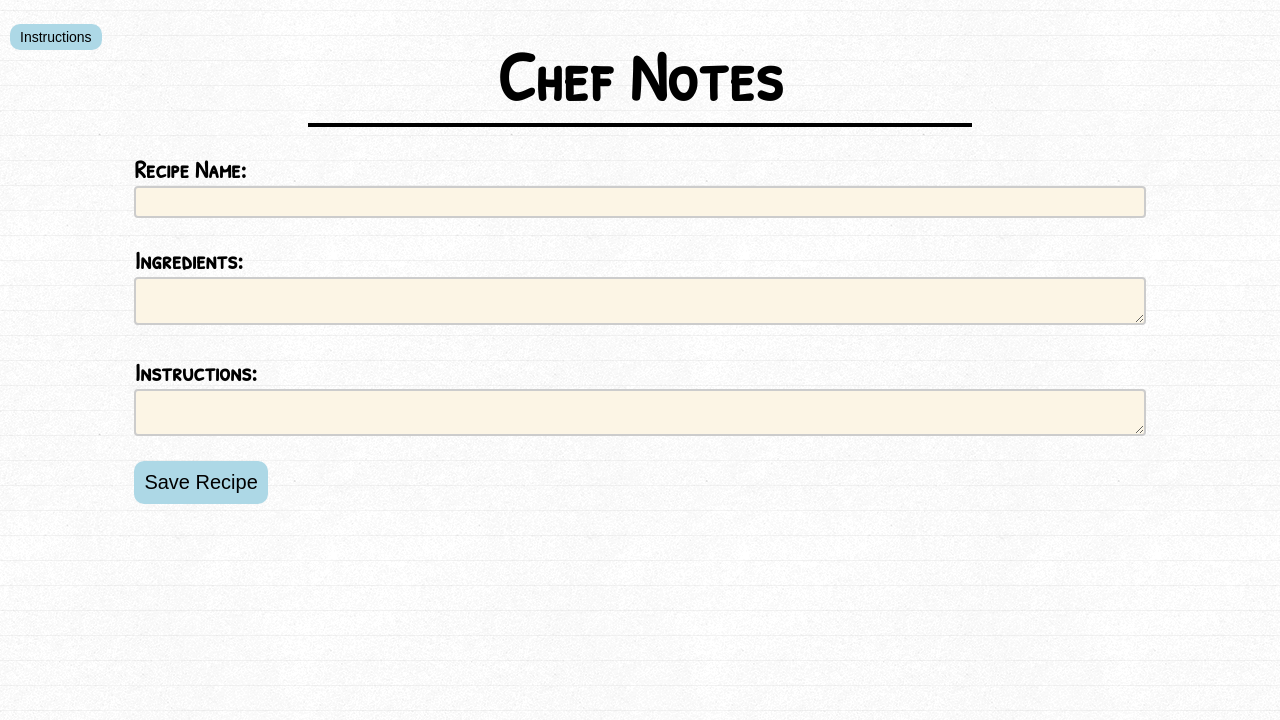
Repository: Chadloswald/RecipeSite
Page: docs/index.html
The author's editor kept a copy of each file at every save. The page is drawn from the files as they stood at one save, then again after the next save.
The browser window is 1280 px wide. The pictures show the whole page.

Above is the page before, as saved 2023-06-05 10:29:25.

After the next save:
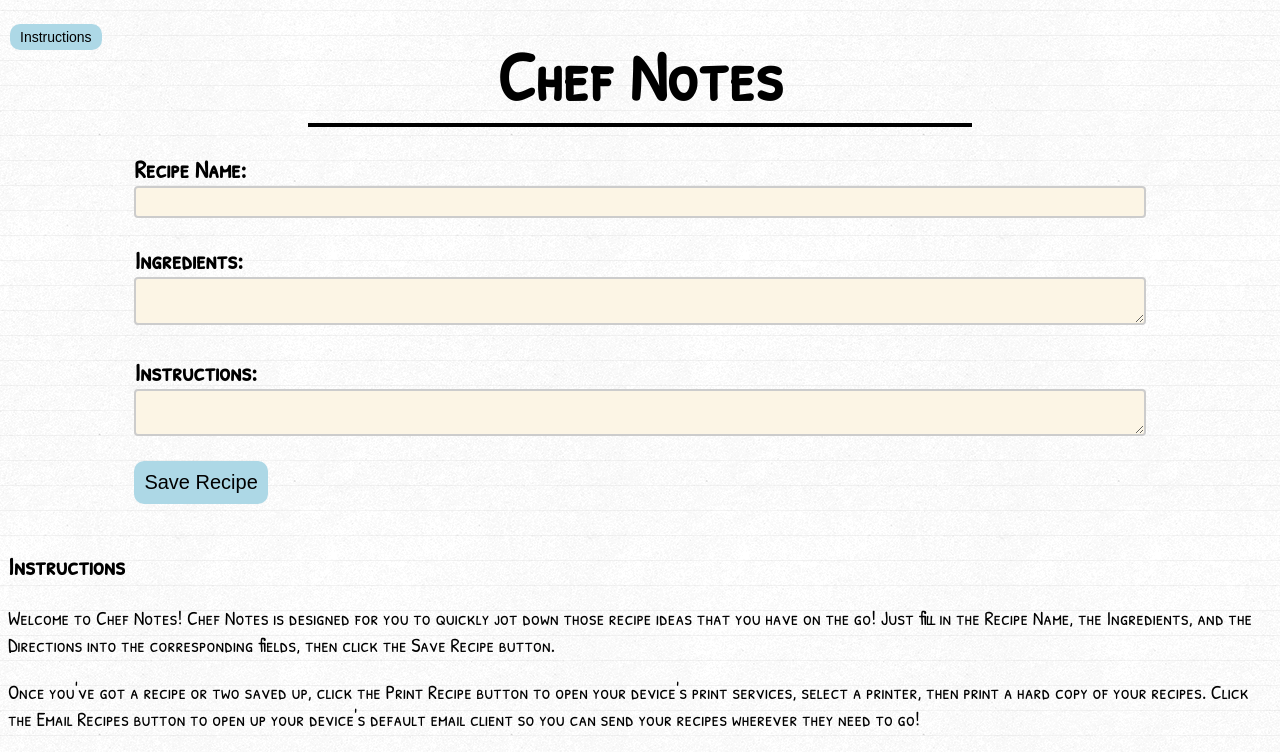
Saved 38 min 1 s later.
--- a/docs/index.html
+++ b/docs/index.html
@@ -32,6 +32,17 @@
       <div class="recipe-line"></div>
     <div id="list"></div>
     </div>
+    <div id="modal" class="modal-container">
+      <div class="modal-content">
+        <h2>Instructions</h2>
+        <p>
+          Welcome to Chef Notes! Chef Notes is designed for you to quickly jot down those recipe ideas that you have on the go! Just fill in the Recipe Name, the Ingredients, and the Directions into the corresponding fields, then click the Save Recipe button.
+        </p>
+        <p>
+          Once you've got a recipe or two saved up, click the Print Recipe button to open your device's print services, select a printer, then print a hard copy of your recipes. Click the Email Recipes button to open up your device's default email client so you can send your recipes wherever they need to go!
+        </p>
+      </div>
+    </div>
     <script src="scripts.js"></script>
   </body>
 </html>
--- a/docs/scripts.js
+++ b/docs/scripts.js
@@ -84,12 +84,18 @@
 
   });
 
-  help.addEventListener('click', function() {
-    window.alert("\nWelcome to Chef Notes! \nChef Notes is designed for you to quickly jot down those recipe ideas that you have on the go! Just fill in the Recipe Name, the Ingredients, and the Directions into the corresponding fields then click the Save Recipe button. \nOnce you've got a recipe or two saved up, click the Print Recipe button to open your devices print services, select a printer, then print a hard copy of your recipes \nClick the Email Recipes button to open up your device's default email client so you can send your recipes wherever they need to go!");
+  document.addEventListener('DOMContentLoaded', function() {
+    const helpButton = document.getElementById('help');
+    const modal = document.getElementById('modal');
+
+    helpButton.addEventListener('click', function() {
+      modal.style.display = 'block';
+    });
+
+    modal.addEventListener('click', function(event) {
+      if (event.target === modal) {
+        modal.style.display = 'none';
+      }
+    });
   });
-  const deleteButton = document.getElementById("deleteButton")
-  deleteButton.addEventListener('click', function() {
-    recipeList.innerHTML = '';
-
-  });
-});
+})

After the save that followed:
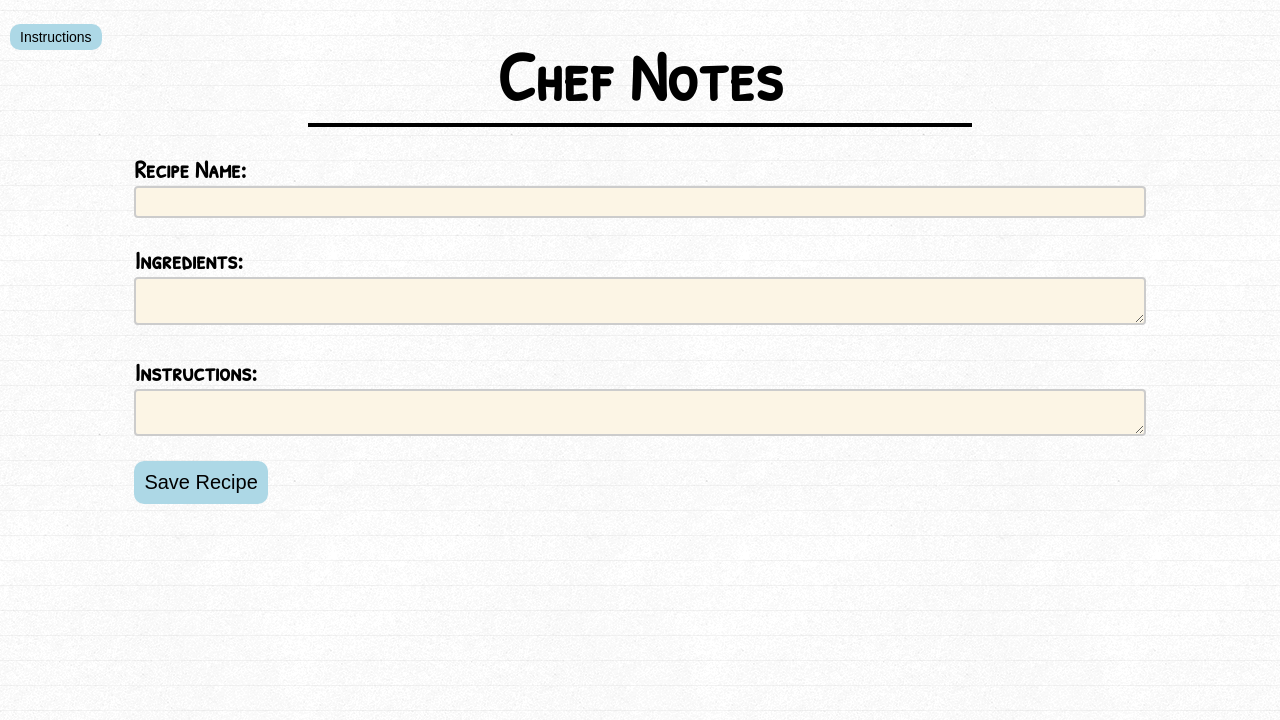
Saved 109 s later.
--- a/docs/index.html
+++ b/docs/index.html
@@ -32,17 +32,6 @@
       <div class="recipe-line"></div>
     <div id="list"></div>
     </div>
-    <div id="modal" class="modal-container">
-      <div class="modal-content">
-        <h2>Instructions</h2>
-        <p>
-          Welcome to Chef Notes! Chef Notes is designed for you to quickly jot down those recipe ideas that you have on the go! Just fill in the Recipe Name, the Ingredients, and the Directions into the corresponding fields, then click the Save Recipe button.
-        </p>
-        <p>
-          Once you've got a recipe or two saved up, click the Print Recipe button to open your device's print services, select a printer, then print a hard copy of your recipes. Click the Email Recipes button to open up your device's default email client so you can send your recipes wherever they need to go!
-        </p>
-      </div>
-    </div>
     <script src="scripts.js"></script>
   </body>
 </html>
--- a/docs/scripts.js
+++ b/docs/scripts.js
@@ -84,18 +84,12 @@
 
   });
 
-  document.addEventListener('DOMContentLoaded', function() {
-    const helpButton = document.getElementById('help');
-    const modal = document.getElementById('modal');
+  help.addEventListener('click', function() {
+    window.alert("\nWelcome to Chef Notes! \nChef Notes is designed for you to quickly jot down those recipe ideas that you have on the go! Just fill in the Recipe Name, the Ingredients, and the Directions into the corresponding fields then click the Save Recipe button. \nOnce you've got a recipe or two saved up, click the Print Recipe button to open your devices print services, select a printer, then print a hard copy of your recipes \nClick the Email Recipes button to open up your device's default email client so you can send your recipes wherever they need to go!");
+  });
+  const deleteButton = document.getElementById("deleteButton")
+  deleteButton.addEventListener('click', function() {
+    recipeList.innerHTML = '';
 
-    helpButton.addEventListener('click', function() {
-      modal.style.display = 'block';
-    });
-
-    modal.addEventListener('click', function(event) {
-      if (event.target === modal) {
-        modal.style.display = 'none';
-      }
-    });
   });
-})
+});
